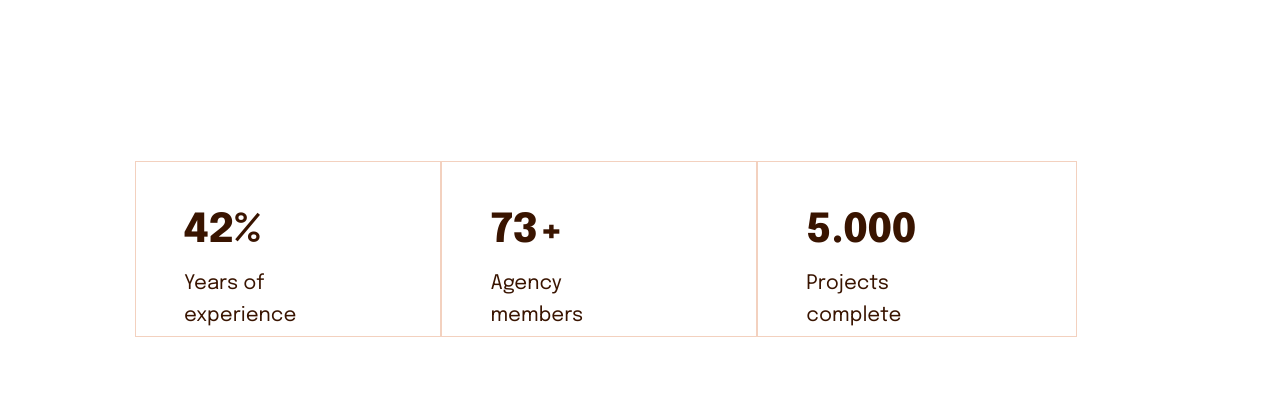
Repository: simralgasimov/task6
Page: index.html
These files come from the project's save history. The page is drawn as it stood at one moment and after the next save; the edit follows.
The browser window is 1280 px wide. The pictures show the whole page.

Above is the page before, as saved 2023-08-30 13:15:57.

After the next save:
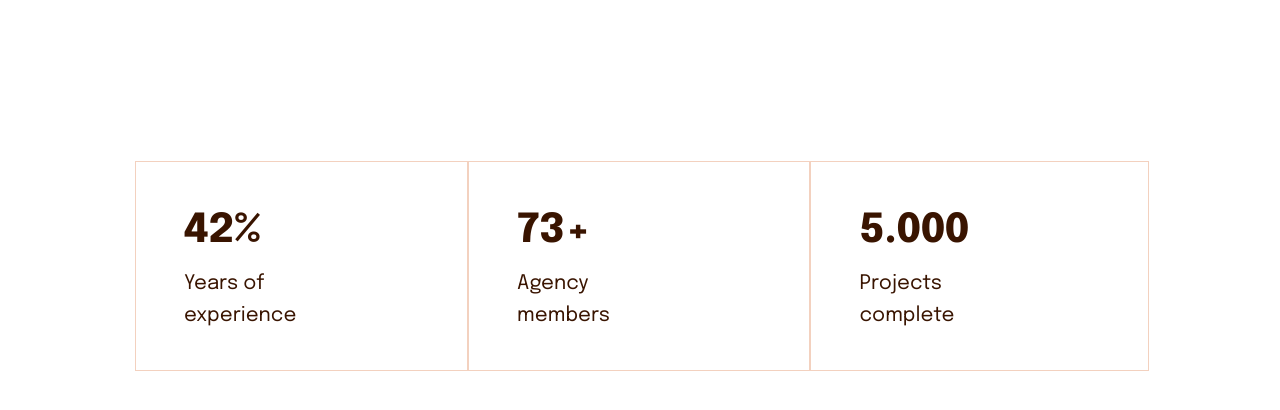
Saved 13 s later.
--- a/index.css
+++ b/index.css
@@ -12,8 +12,8 @@
 
 .container-1 ul {
   display: flex;
-  width: 391px;
-  height: 176px;
+  /* width: 391px;
+  height: 176px; */
 }
 
 
